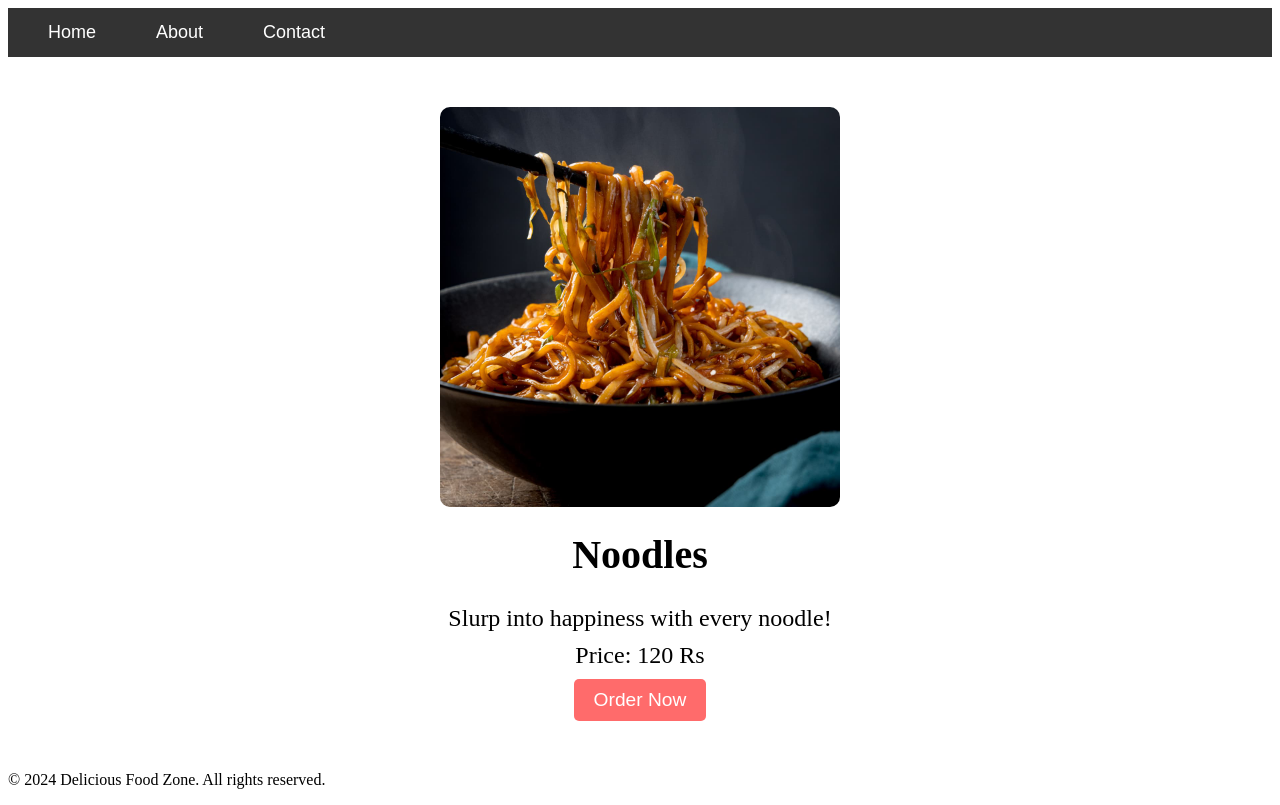
Repository: Shreya-Bonde/Restaurant-management-system
Page: noodles.html
An editor plug-in stored every save of this project. The page is shown before and after the next save, followed by the edit.
The browser window is 1280 px wide. The pictures show the whole page.

Above is the page before, as saved 2024-11-09 01:29:06.

### noodles.html
<!-- paneer-kolhapuri.html -->
<!DOCTYPE html>
<html lang="en">
<head>
    <meta charset="UTF-8">
    <meta name="viewport" content="width=device-width, initial-scale=1.0">
    <title>Noodles</title>
    <style>
        /* Navbar styling */
.navbar {
    background-color: #333;
    overflow: hidden;
    padding: 0;
}

.navbar ul {
    list-style-type: none;
    margin: 0;
    padding: 0;
    display: flex;
    justify-content: flex-start;
}

.navbar ul li {
    margin-left: 20px;
}

.navbar ul li a {
    display: block;
    color: white;
    text-align: center;
    padding: 14px 20px;
    text-decoration: none;
    font-size: 18px;
    font-family: 'Arial', sans-serif;
    transition: background-color 0.3s ease;
}

.navbar ul li a:hover {
    background-color: #575757;
    color: white;
}

/* Menu Button Styling */
.menu-btn {
    display: inline-block;
    padding: 10px 15px;
    background-color: #ff6b6b;
    color: white;
    font-size: 18px;
    text-align: center;
    text-decoration: none;
    border-radius: 5px;
    transition: background-color 0.3s ease;
    cursor: pointer;
}

.menu-btn:hover {
    background-color: #ff4b4b;
}

.dish-details {
    text-align: center;
    margin: 50px auto;
}

.dish-details img {
    max-width: 400px;
    height: auto;
    border-radius: 10px;
}

.dish-details h1 {
    margin-top: 20px;
    font-size: 2.5rem;
}

.dish-details p {
    font-size: 1.5rem;
    margin: 10px 0;
}

.dish-details button {
    padding: 10px 20px;
    font-size: 1.2rem;
    background-color: #ff6b6b;
    border: none;
    color: white;
    border-radius: 5px;
    cursor: pointer;
}

.dish-details button:hover {
    background-color: #ff4b4b;
}
/* Modal Styles */
#order-modal {
        position: fixed;
        top: 0;
        left: 0;
        width: 100%;
        height: 100%;
        background-color: rgba(0, 0, 0, 0.5);
        display: none;
        justify-content: center;
        align-items: center;
    }
    #order-modal:target {
        display: flex;
    }
    .modal-content {
        background-color: #fff;
        padding: 20px;
        border-radius: 10px;
        text-align: center;
        width: 300px;
        box-shadow: 0 4px 8px rgba(0, 0, 0, 0.2);
        animation: fadeIn 0.3s;
    }
    .modal-content h2 {
        margin-bottom: 10px;
    }
    .modal-content a {
        display: inline-block;
        padding: 10px 20px;
        margin-top: 10px;
        background-color: #28a745;
        color: white;
        text-decoration: none;
        border-radius: 5px;
        cursor: pointer;
        transition: background 0.3s ease;
    }
    .modal-content a:hover {
        background-color: #218838;
    }
    .close-btn {
        display: inline-block;
        padding: 10px 20px;
        margin-top: 10px;
        background-color: #dc3545;
        color: white;
        text-decoration: none;
        border-radius: 5px;
        cursor: pointer;
        transition: background 0.3s ease;
    }
    .close-btn:hover {
        background-color: #c82333;
    }
    @keyframes fadeIn {
        from {
            opacity: 0;
            transform: scale(0.9);
        }
        to {
            opacity: 1;
            transform: scale(1);
        }
    }
    </style>
</head>
<body>
    <header>
        <nav class="navbar">
            <ul>
                <li><a href="/index.html">Home</a></li>
                <li><a href="/about.html">About</a></li>
                <li><a href="/contact.html">Contact</a></li>
            </ul>
        </nav>
    </header>

    <div class="dish-details">
        <img src="noodles.jpg" alt="Noodles">
        <h1>Noodles</h1>
        <p>Slurp into happiness with every noodle!</p>
        <p>Price: 120 Rs</p>
        <button onclick="window.location.href='order.html'">Order Now</button>

    </div>

    <footer>
        <p>&copy; 2024 Delicious Food Zone. All rights reserved.</p>
    </footer>
</body>
</html>

After the next save:
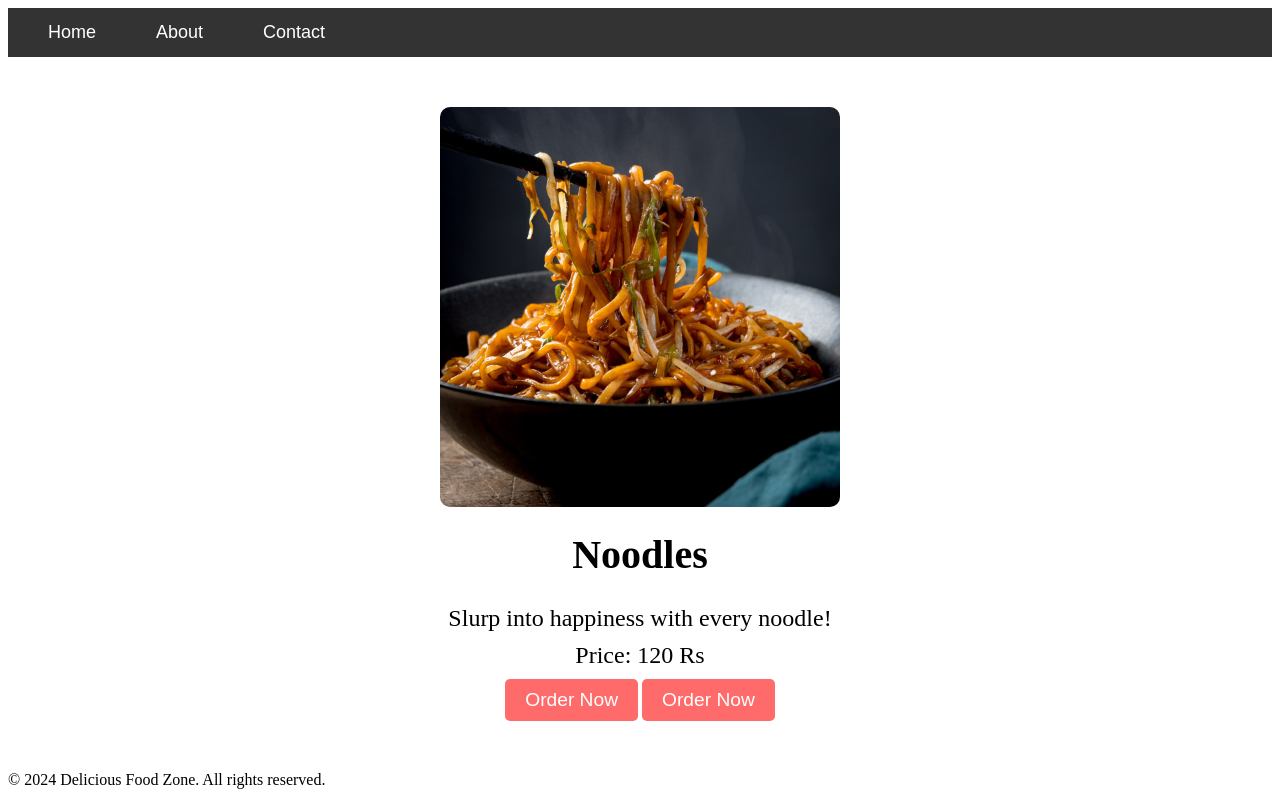
Saved 21 s later.
--- a/noodles.html
+++ b/noodles.html
@@ -176,6 +176,7 @@
         <h1>Noodles</h1>
         <p>Slurp into happiness with every noodle!</p>
         <p>Price: 120 Rs</p>
+        <a href="#order-modal"><button>Order Now</button></a>
         <button onclick="window.location.href='order.html'">Order Now</button>
 
     </div>

After the save that followed:
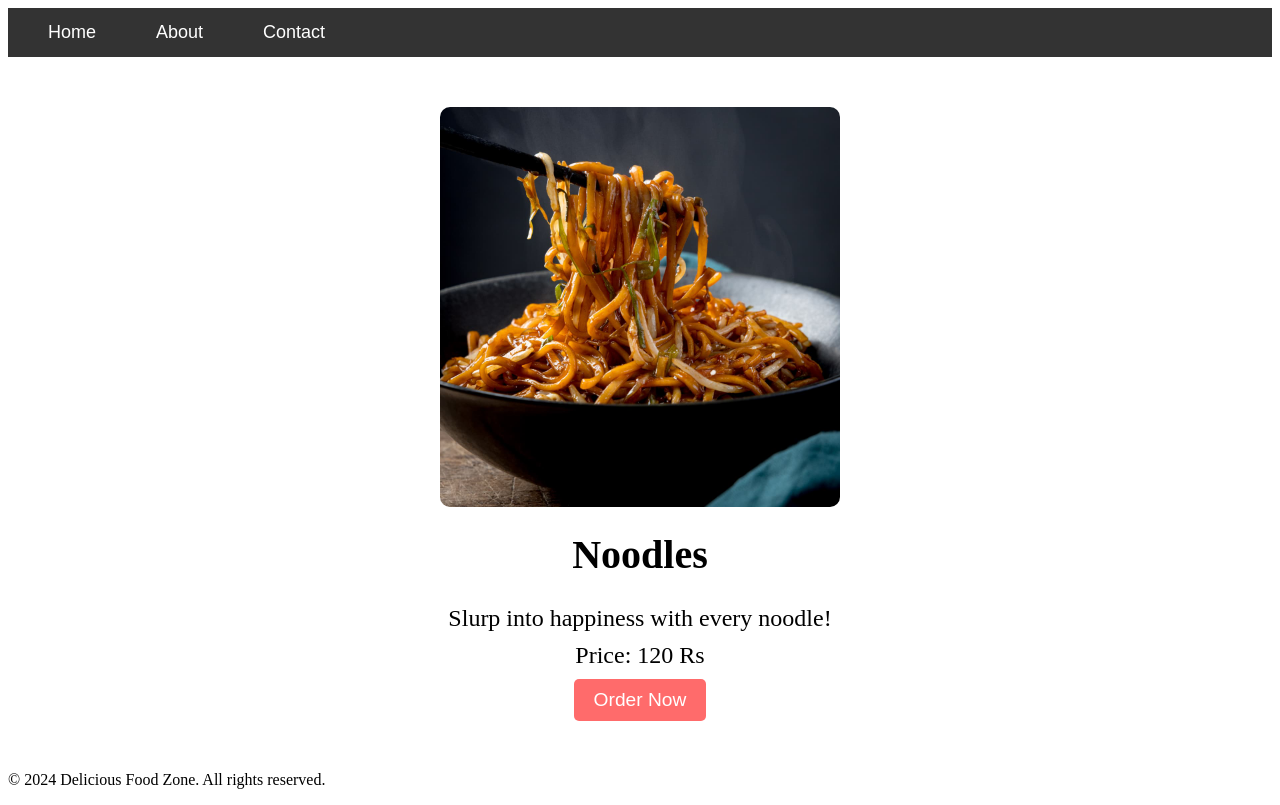
Saved 6 s later.
--- a/noodles.html
+++ b/noodles.html
@@ -177,7 +177,7 @@
         <p>Slurp into happiness with every noodle!</p>
         <p>Price: 120 Rs</p>
         <a href="#order-modal"><button>Order Now</button></a>
-        <button onclick="window.location.href='order.html'">Order Now</button>
+        <!-- <button onclick="window.location.href='order.html'">Order Now</button> -->
 
     </div>
 
